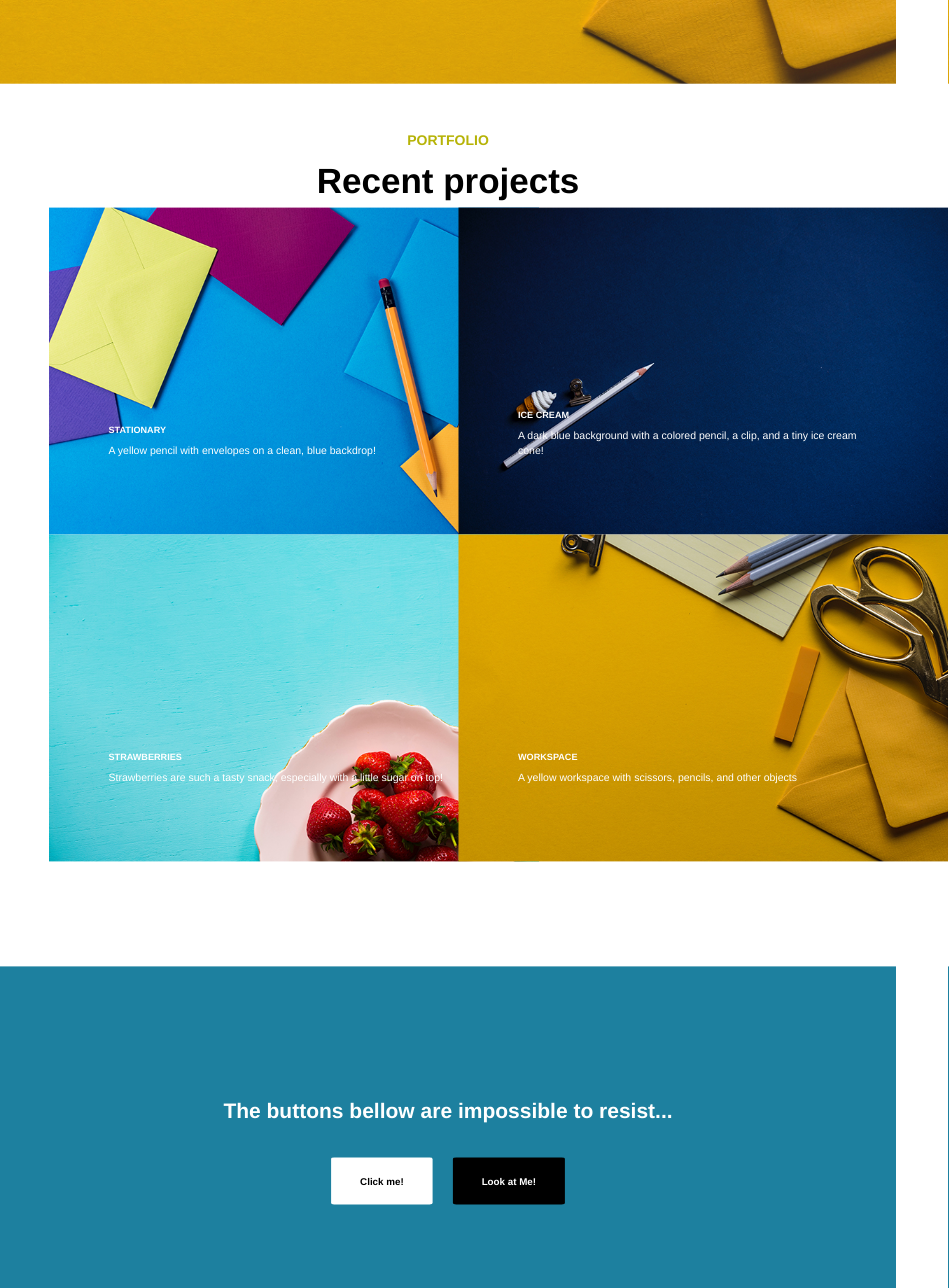
Repository: codin-full-stack/tomasz
Page: http://localhost/tomasz/portfolio/index.php
The author's editor kept a copy of each file at every save. The page is drawn from the files as they stood at one save, then again after a run of saves.
The browser window is 1280 px wide. The page is 1355 px wide, so the pictures cover 1355 px, including what lies to the right of the window. The pictures show the part of the page from y = 2312 to 4152 px (the page is 4152 px tall), at 70% of full size.
Some web libraries are served in a nearby version. The page is run by PHP 8.4 with error messages shown; the project is at /var/www/html/.

Above is the page before, as saved 2018-10-23 09:33:30.

After the next 3 saves:
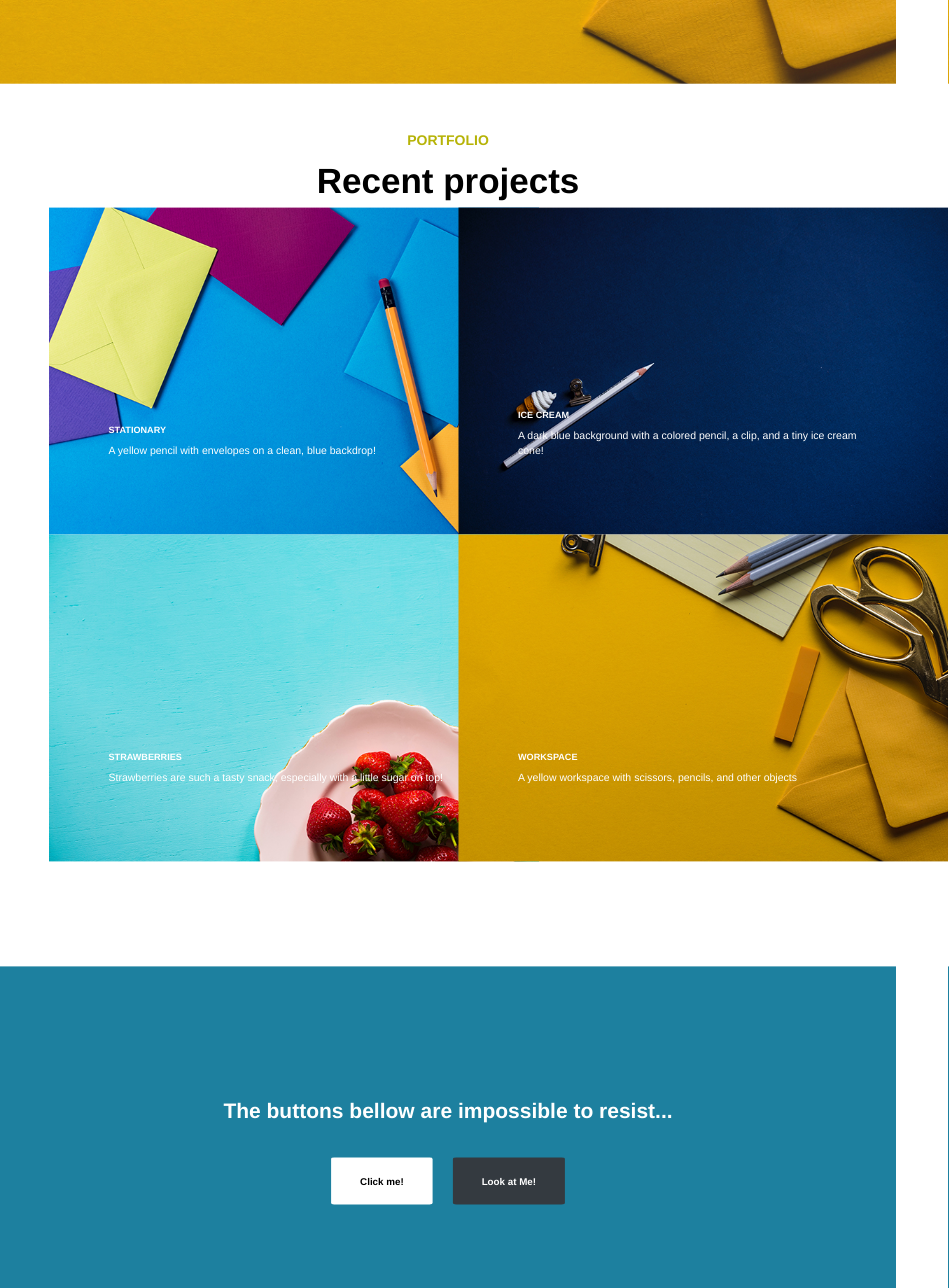
The 3 saves are shown as one change because they came seconds apart.
The last was saved 18 s later.
--- a/portfolio/styles.css
+++ b/portfolio/styles.css
@@ -193,7 +193,7 @@ body {
 .button7-2 {
     width: 160px;
     height: 67px;
-    background-color: #000000;
+    background-color: #343a40;
     border: none;
     border-radius: 3%;
     color: #ffffff;
